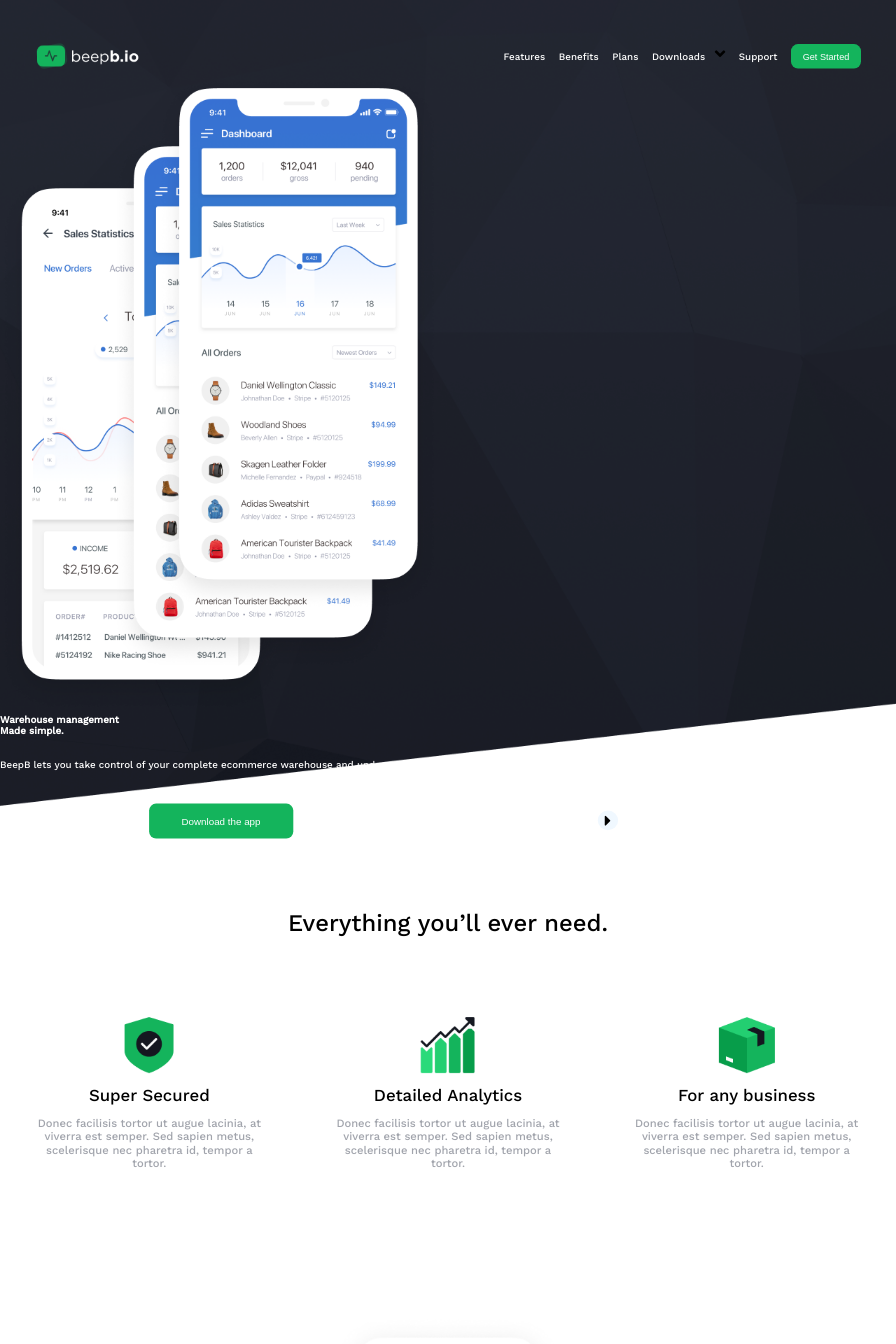
Repository: thinhnguyen347/thinhnguyen347.github.io
Page: cut-html-css/index.html
These files come from the project's save history. The page is drawn as it stood at one moment and after the next save; the edit follows.
The browser window is 1280 px wide. The pictures show the part of the page from y = 0 to 1920 px (the page is 4906 px tall), at 70% of full size.

Above is the page before, as saved 2021-11-10 19:29:54.

After the next save:
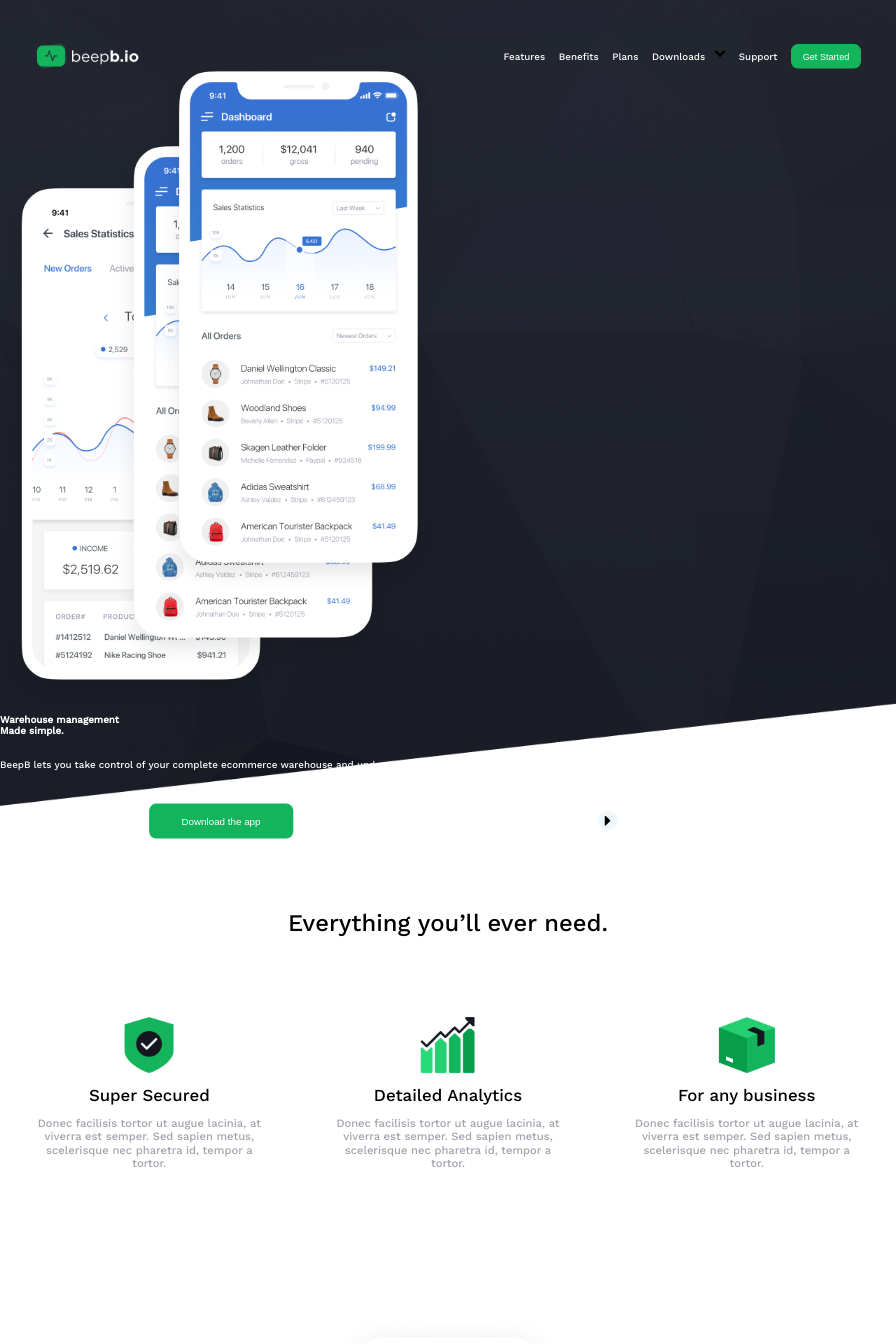
Saved 60 s later.
--- a/cut-html-css/css/style.css
+++ b/cut-html-css/css/style.css
@@ -157,7 +157,7 @@ li.menuitem:hover .drop-down {
 
 .iphone-x2 {
   position: absolute;
-  top: -10%;
+  top: -13%;
   left: 40%;
 }
 
